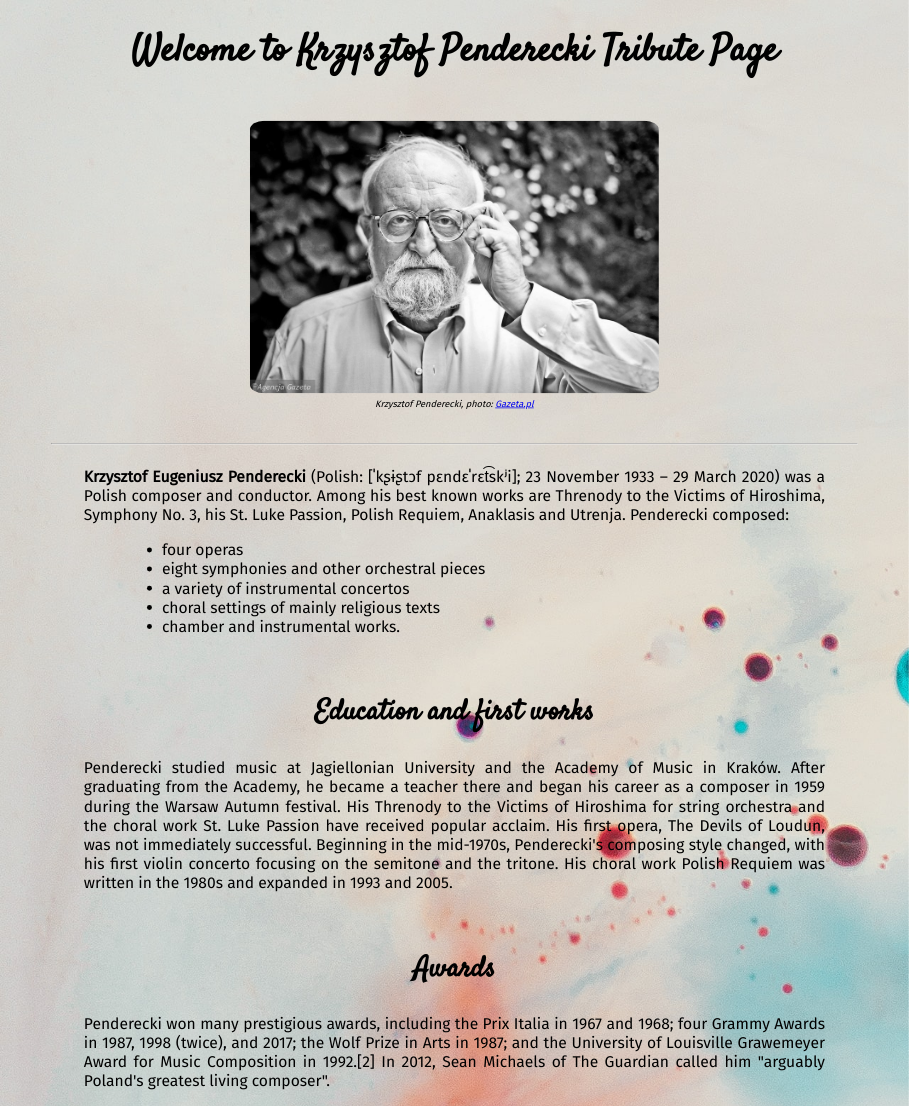
Repository: justynke/tribute_page
Page: index.html
An editor plug-in stored every save of this project. The page is shown before and after the next save, followed by the edit.
The browser window is 1280 px wide. The pictures show the whole page, at 71% of full size.

Above is the page before, as saved 2020-04-23 00:21:12.

### index.html
<!DOCTYPE html>
<html lang = "pl-PL">
<head>
    <link href="https://fonts.googleapis.com/css2?family=Satisfy&display=swap" rel="stylesheet">
    <link href="https://fonts.googleapis.com/css2?family=Fira+Sans&display=swap" rel="stylesheet">

    <link rel="stylesheet" type="text/css" href="styles.css">
    <title>Krzysztof Penderecki Tribute Page</title>
</head>
<body>
    <h1 id = "title">Welcome to Krzysztof Penderecki Tribute Page</h1>
    <div id = "img-div">
        <figure>
            <img id = "image" src = "images/penderecki_01.jpg" alt = "Krzysztof Penderecki">
            <figcaption>Krzysztof Penderecki, photo: <a href = "http://gazeta.pl">Gazeta.pl</a></figcaption>
        </figure>
    </div>

    <hr>

    <p>
        <b>Krzysztof Eugeniusz Penderecki</b> (Polish: [ˈkʂɨʂtɔf pɛndɛˈrɛt͡skʲi]; 23 November 1933 – 29 March 2020) was a Polish composer and conductor. Among his best known works are Threnody to the Victims of Hiroshima, Symphony No. 3, his St. Luke Passion, Polish Requiem, Anaklasis and Utrenja. Penderecki composed:
        <ul>
            <li>four operas</li>
            <li>eight symphonies and other orchestral pieces</li>
            <li>a variety of instrumental concertos</li>
            <li>choral settings of mainly religious texts</li>
            <li>chamber and instrumental works.</li>
        </ul>
    </p>

    <h2>Education and first works</h2>
    <p>Penderecki studied music at Jagiellonian University and the Academy of Music in Kraków. After graduating from the Academy, he became a teacher there and began his career as a composer in 1959 during the Warsaw Autumn festival. His Threnody to the Victims of Hiroshima for string orchestra and the choral work St. Luke Passion have received popular acclaim. His first opera, The Devils of Loudun, was not immediately successful. Beginning in the mid-1970s, Penderecki's composing style changed, with his first violin concerto focusing on the semitone and the tritone. His choral work Polish Requiem was written in the 1980s and expanded in 1993 and 2005.</p>

    <h2>Awards</h2>
    <p>Penderecki won many prestigious awards, including the Prix Italia in 1967 and 1968; four Grammy Awards in 1987, 1998 (twice), and 2017; the Wolf Prize in Arts in 1987; and the University of Louisville Grawemeyer Award for Music Composition in 1992.[2] In 2012, Sean Michaels of The Guardian called him "arguably Poland's greatest living composer".</p>






</body>
</html>

### styles.css
body {
    background-image: url(images/background.jpg);
}

h1 {
    text-align: center;
    font-family: Satisfy;
    font-size: 52px;
    margin-bottom: 0.8em;
}

h2 {
    font-family: Satisfy;
    font-size: 40px;
    margin-top: 2em;
    text-align: center;
}

#img-div {
    display: flex;
    justify-content: space-around;
}

#image {
    height: 30vw;
    width: auto;
    filter: gray; /* IE6-9 */
    -webkit-filter: grayscale(1); /* Google Chrome, Safari 6+ & Opera 15+ */
    filter: grayscale(1);
    border-style: solid;
    border-color: transparent;
    border-radius: 4%;
}


#image:hover {
    filter: grayscale(0);
}

figcaption {
    font-family: 'Fira Sans', sans-serif;;
    text-align: center;
    font-style: italic;
    font-size: small;
    font-weight: 100;
}


hr {
    margin-top: 2em;
    margin-bottom: 2em;
    margin-left: 4em;
    margin-right: 4em;
}

p {
    padding-left: 5em;
    padding-right: 5em;
    font-family: 'Fira Sans', sans-serif;
    font-size: 22px;
    text-align: justify;
}

ul {
    padding-left: 10em;
    font-family: 'Fira Sans', sans-serif;
    font-size: 22px;
}

After the next save:
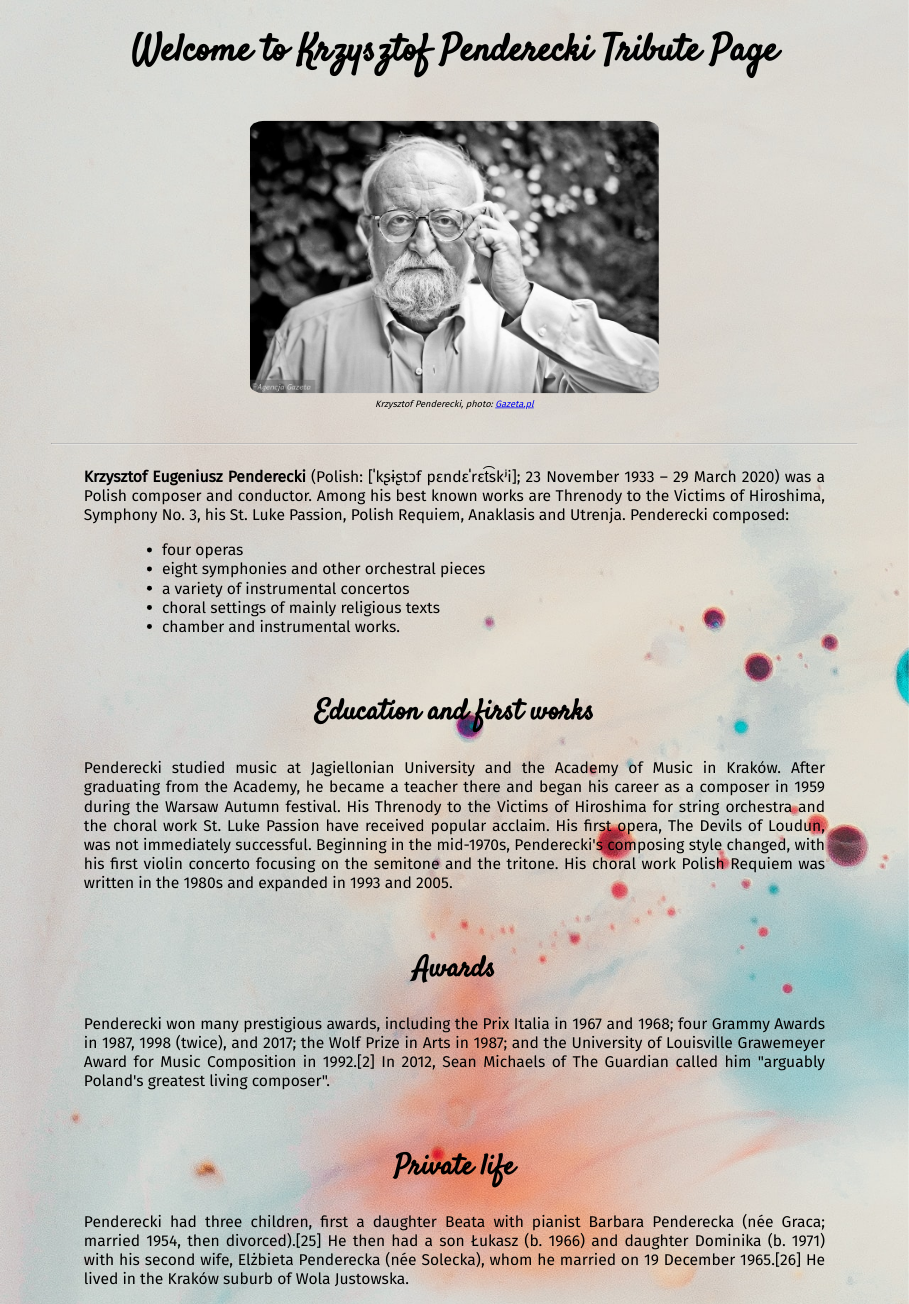
Saved 61 s later.
--- a/index.html
+++ b/index.html
@@ -35,6 +35,8 @@
     <h2>Awards</h2>
     <p>Penderecki won many prestigious awards, including the Prix Italia in 1967 and 1968; four Grammy Awards in 1987, 1998 (twice), and 2017; the Wolf Prize in Arts in 1987; and the University of Louisville Grawemeyer Award for Music Composition in 1992.[2] In 2012, Sean Michaels of The Guardian called him "arguably Poland's greatest living composer".</p>
 
+    <h2>Private life</h2>
+    <p>Penderecki had three children, first a daughter Beata with pianist Barbara Penderecka (née Graca; married 1954, then divorced).[25] He then had a son Łukasz (b. 1966) and daughter Dominika (b. 1971) with his second wife, Elżbieta Penderecka (née Solecka), whom he married on 19 December 1965.[26] He lived in the Kraków suburb of Wola Justowska.</p>
 
 
 
